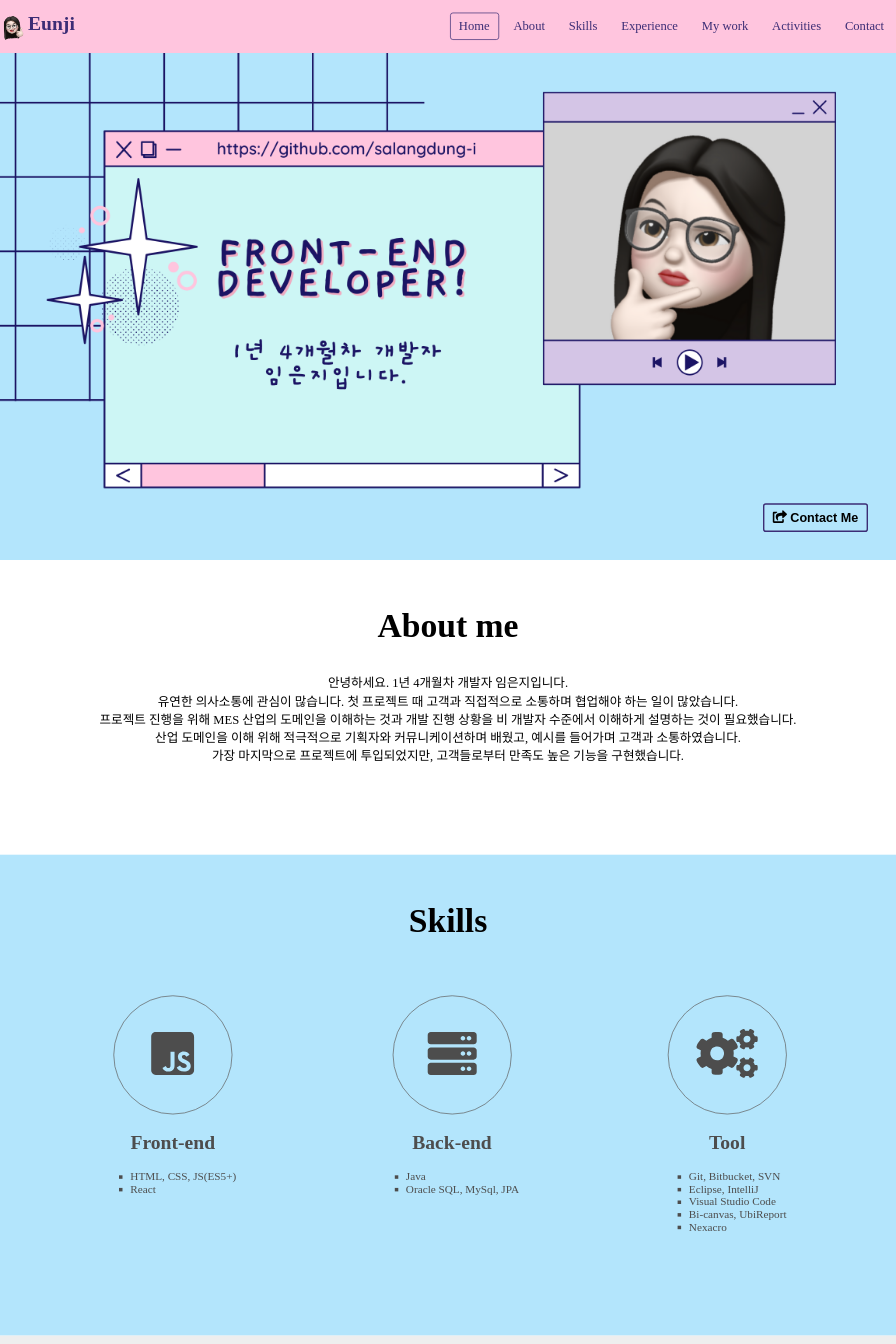
Repository: salangdung-i/portfolio
Page: index.html
These files come from the project's save history. The page is drawn as it stood at one moment and after the next save; the edit follows.
The browser window is 1280 px wide. The pictures show the part of the page from y = 0 to 1920 px (the page is 5352 px tall before and 5454 px after), at 70% of full size.
Some web fonts or font styles are not loaded; a fallback is used. Some web libraries are served in a nearby version.

Above is the page before, as saved 2021-12-27 09:05:10.

After the next save:
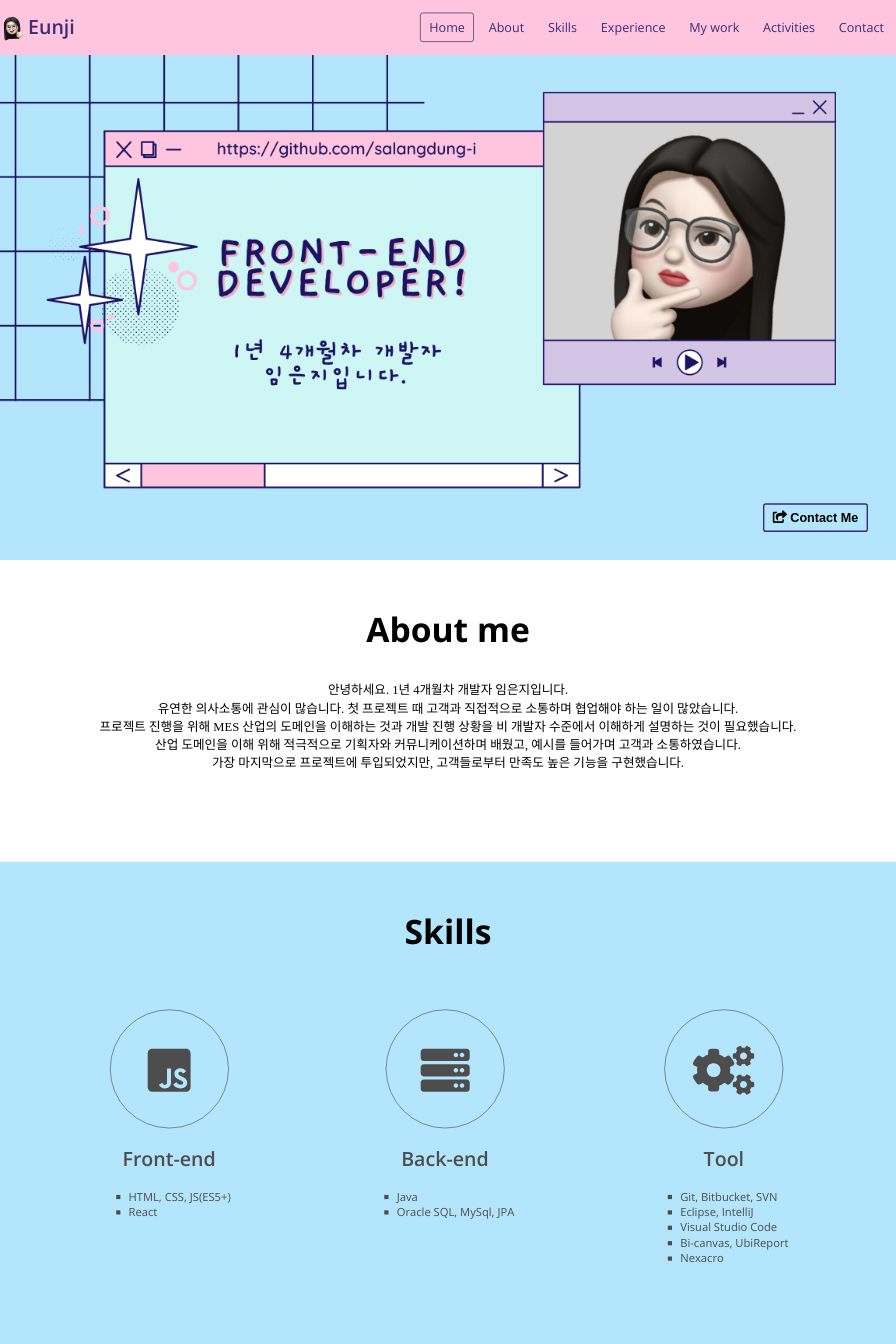
Saved 41 s later.
--- a/style.css
+++ b/style.css
@@ -52,9 +52,7 @@
 }
 
 body {
-  /* font-family: "Open Sans", sans-serif; */
-
-font-family: 'Bakbak One', cursive;
+  font-family: "Open Sans", sans-serif;
   font-size: var(--font-regular);
   margin: 0;
   cursor: default;
